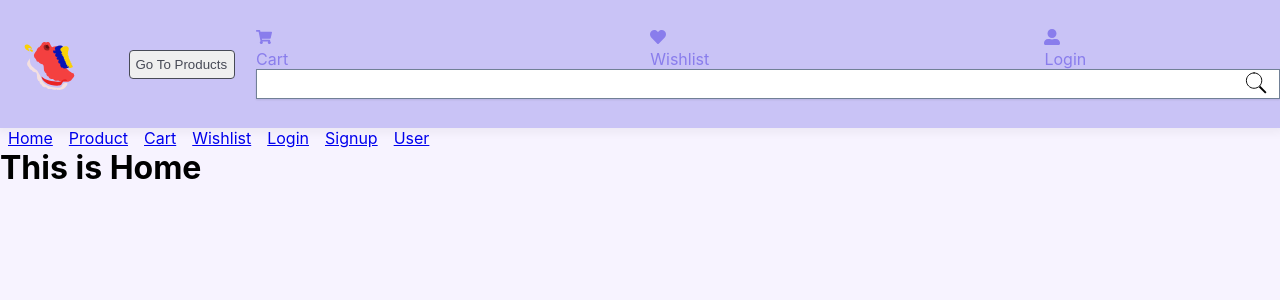
Repository: Irfan-vit/shoecase
Page: /
The author's editor kept a copy of each file at every save. The page is drawn from the files as they stood at one save, then again after the next save.
The browser window is 1280 px wide. The pictures show the whole page.
The page's requests for data from a server got no answer. The project was rebuilt for these pictures with package versions that can differ from the ones it lists, and the page was loaded fresh each time. No one was signed in, and anything a server would have sent is missing. Also part of the build but not shown: src/pages/Product/ProductPage.jsx, src/pages/cart/CartPage.jsx, src/pages/wishlist/WishlistPage.jsx, src/pages/login/LoginPage.jsx, src/pages/signup/SignupPage.jsx, src/pages/user/StyledUser.jsx, src/components/forms/addAddress/AddAddress.jsx, src/components/forms/editAddress/EditAddress.jsx and 4 more.

Above is the page before, as saved 2023-05-22 04:45:53.

After the next save:
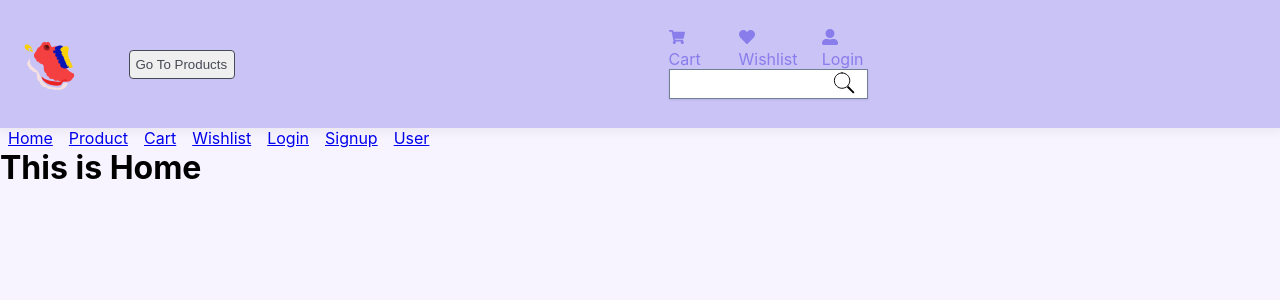
Saved 6 s later.
--- a/src/styles/NavBarStyles.jsx
+++ b/src/styles/NavBarStyles.jsx
@@ -29,7 +29,7 @@
     flex-flow: column wrap;
     justify-content: space-between;
     /* align-items: center; */
-    align-content: ;
+    align-content: space-around;
     flex-basis: 80%;
     > :nth-child(1) {
       order: 2;

After the save that followed:
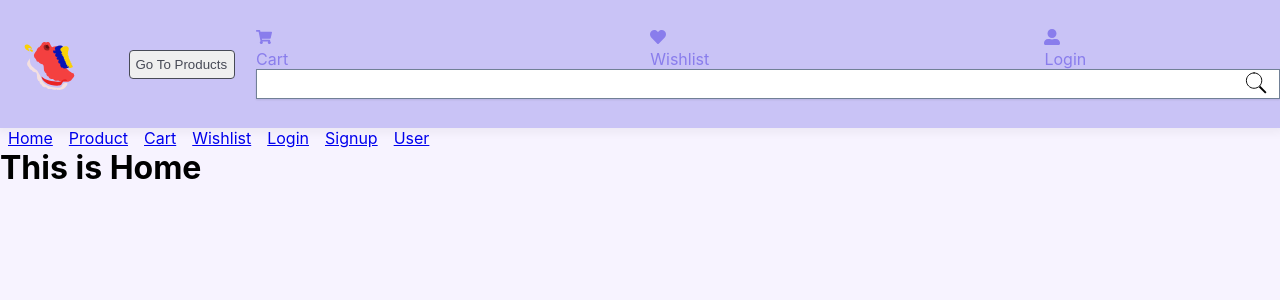
Saved 5 s later.
--- a/src/styles/NavBarStyles.jsx
+++ b/src/styles/NavBarStyles.jsx
@@ -29,7 +29,7 @@
     flex-flow: column wrap;
     justify-content: space-between;
     /* align-items: center; */
-    align-content: space-around;
+    /* align-content: space-around; */
     flex-basis: 80%;
     > :nth-child(1) {
       order: 2;
